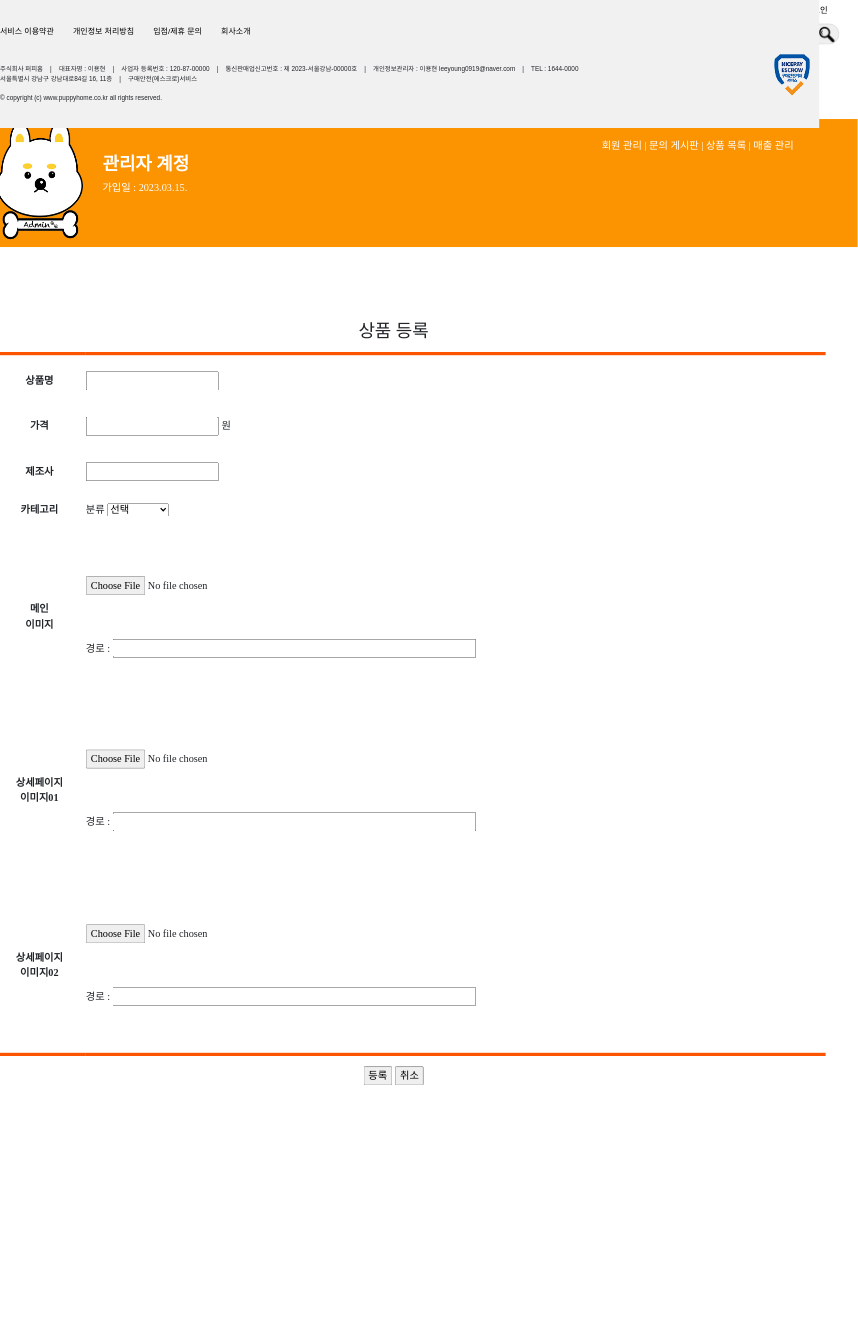
Repository: jiyekim315/puppyhome-shoppingmall
Page: http://localhost/Puppyhome/page/product/productRegister.jsp
An editor plug-in stored every save of this project. The page is shown before and after the next save, followed by the edit.
The browser window is 1280 px wide. The page is 1340 px wide, so the pictures cover 1340 px, including what lies to the right of the window. The pictures show the whole page, at 64% of full size.
Some web fonts or font styles are not loaded; a fallback is used. The page is served by Tomcat 9. Other server files are loaded and not shown.

Above is the page before, as saved 2023-04-20 14:02:43.

### Shopping/Puppyhome/WebContent/page/product/productRegister.jsp
<%@ page contentType="text/html; charset=UTF-8" %>
<!DOCTYPE html>
<html>
<head>
<meta charset="UTF-8">
<link href="https://cdn.jsdelivr.net/npm/bootstrap@5.2.3/dist/css/bootstrap.min.css" rel="stylesheet" integrity="sha384-rbsA2VBKQhggwzxH7pPCaAqO46MgnOM80zW1RWuH61DGLwZJEdK2Kadq2F9CUG65" crossorigin="anonymous"> <%-- CDN 절대링크 --%>
<script src="https://cdn.jsdelivr.net/npm/bootstrap@5.3.0-alpha1/dist/js/bootstrap.bundle.min.js" integrity="sha384-w76AqPfDkMBDXo30jS1Sgez6pr3x5MlQ1ZAGC+nuZB+EYdgRZgiwxhTBTkF7CXvN" crossorigin="anonymous"></script> <%-- CDN 절대링크 --%>
<script src="https://code.jquery.com/jquery-3.6.3.js"></script> <%-- CDN 절대링크 --%>
<script src="http://cdnjs.cloudflare.com/ajax/libs/jquery-easing/1.3/jquery.easing.min.js"></script> <%-- CDN 절대링크 --%>
<title>PuppyHome 상품등록</title>
<link rel="shortcut icon" href="<%=request.getContextPath()%>/images/favicon.ico" type="image/x-icon"> <%-- 파비콘 --%>
<link rel="stylesheet" type="text/css" href="<%=request.getContextPath()%>/page/include/css/header.css"> <%-- header.css --%>
<link rel="stylesheet" type="text/css" href="<%=request.getContextPath()%>/page/include/css/footer.css"> <%-- footer.css --%>
<link rel="stylesheet" type="text/css" href="<%=request.getContextPath()%>/fontium/css/fontium.css"/>
<link rel="stylesheet" type="text/css" href="<%=request.getContextPath()%>/page/product/css/productRegister.css"/>
<style type="text/css">
@charset "UTF-8";
/* admin계정 UI */

/* 관리자 메인이미지  */
.adminMainpage {
	width: 1400px;
	height: 300px;
	position: relative;
	left: 50%;
	transform: translateX(-50%);
}

.profile_img {
	width: 1400px;
	height: 200px;
	padding-left: 50px;
	padding-right: 100px;
	background-color: #fc9300;
}

/*Admin Page 지정*/
.name {
	padding-top: 30px;
	padding-left: 10px;
	padding-right: 1000px;
	font-family: 'KIMM_Bold';
}

.myinfo {
	padding-left: 170px;
	padding-right: 100px;
	font-family: 'KIMM_Bold';
	color: white;
}

.myinfo_date {
	padding-left: 170px;
	padding-right: 100px;
	font-family: 'KIMM_Bold';
	color: white;
}

.meau {
	padding-top: 30px;
	padding-left: 800px;
	font-family: 'KIMM_Bold';
}

.meau a {
	color: white;
	text-decoration: none;
}
/* 상품 등록 리스트 테두리 */
.productTitle {
	width: 1400px;
	height: 180px;
	padding-top: 100px;
	padding-left: 50px;
	padding-right: 100px;
	font-family: 'KIMM_Bold';
}

.productForm {
	font-family: 'KIMM_Bold';
	width: 1300px;
	height: 1100px;
	border: none;
	border-top: 5px solid #FC5400;
	border-bottom: 5px solid #FC5400;
}
.table_div table {
	border-collapse: collapse;
}
.productForm th, td {
	text-align: centen;
	font-family: 'KIMM_Bold';
}
.input {
	font-family: 'KIMM_Bold';
}
#btn {
	border-color: #FC5400;
	background-color: #FC5400;
	color: #fff;
}
</style>

</head>
<body>
	<%-- 전체 영역 --%>
	<div class="wrap">
		<%-- 본문 영역(ui깨질시 본인이 ui 수정바람..) --%>

		<%-- 헤더 영역 --%>
		<header>
			<%-- header include --%>
			<jsp:include page="/page/include/header.jsp"/>
		</header>
		<section>
			<div class="main"> <%-- main 시작 --%>
				<form name="p" method="post" action="product_register_ok.shop">
				<div class="adminMainpage">	<%-- adminMainpage --%>


			<%-- admin 계정 --%>
			<h1 class="name" style="color: #fc9300">Admin Page</h1>
			<div class="profile_img" align="center">
			<%-- 이미지 클릭시 관리자 메인화면으로 이동 --%>
			<a href="adminMain.shop"><img width="150px" height="190px" align="left" alt="adminImage" src="<%=request.getContextPath()%>/images/admin.png"> </a>

				<div class="meau" align="right" style="color: white;">
					 <a href="mlist.shop">회원 관리</a> |
					 <a href="csboard.shop">문의 게시판</a> |
					 <a href="gslist.shop">상품 목록</a> |
					 <a href="aSales.shop">매출 관리</a>
				 </div>

				<h3 class="myinfo" align="left"><b>관리자 계정</b> <br>
				</h3> <div class="myinfo_date" align="left">가입일 : 2023.03.15.</div>	<br>
			</div> <%-- end profile_img : 이미지 div --%>
			</div> <%-- end adminMainpage : 관리자 계정 고정 --%>

				<%-- 상품 등록 form --%>
				<form action="product_register_ok.shop"  method="post" >
				<div class="productTitle">
					<h3 align="center">상품&nbsp;등록</h3><p>

					<%-- 상품 등록 --%>
					<table class="productForm" align="center">

						<tr><th></th></tr>

						<tr>
							<th>상품명</th>
							<td align="left"><input type="text" class="#" name="product_title"></td>
						</tr> <p>

						<tr><th></th></tr>

						<tr>
							<th><b>가격</b></th>
							<td align="left"><input type="text" class="#" name="product_price" width="1000px">&nbsp;원</td>
						</tr>

						<tr><th></th></tr>

						<tr>
							<th>제조사</th>
							<td align="left"><input type="text" class="#" name="product_maker"></td>
						</tr> <p>

						<tr>
							<th>카테고리</th>

							<td align="left"> <label>분류</label>
								<select name="product_type">
									<option value="">선택</option>
									<optgroup label="사료" id="feed" >
										<option value="퍼피">퍼피</option>
										<option value="어덜트">어덜트</option>
										<option value="시니어">시니어</option>
									<optgroup label="간식" id="gansik" value="gansik">
										<option value="껌간식">껌간식</option>
										<option value="일반간식">일반간식</option>
									<optgroup label="영양제" id="medicine" value="medicine">
										<option value="유산균">유산균</option>
										<option value="오메가3">오메가3</option>
								</select>
						</tr> <p>

						<tr><th></th></tr>
						<%-- 이미지는 images에만 있는 이미지는 업로드 하기! --%>
						<tr>
							<th>메인<br>이미지</th>
							<td align="left">
							<input id="image01" type="file" name="file" onchange="fileCheck01();" />
							<div class="select_img01" style="margin: 10px;"> <img src=""> </div>

							<script type="text/javascript">
							$("#image01").change(function() {
								if( this.files && this.files[0]) {
									var reader = new FileReader;
									reader.onload = function(data) {
										$(".select_img01 img").attr("src", data.target.result).width(500);
									}
									reader.readAsDataURL(this.files[0]);
								}
							});
							function fileCheck01() {
								var file = document.getElementById("image01");
								//파일 경로.
								var filePath = file.files[0].name;
								//전체경로를 \ 나눔.
								var filePathSplit = filePath.split('\\');
								console.log(filePath);
								$('#imagesrc01').val(filePath);
							}
							</script> <br>
							경로 : <input id="imagesrc01" type="text" name="product_cont1" size="60"  readonly="readonly">
							</td>
								<tr>
							<th>상세페이지<br>이미지01</th>
							<td align="left">
							<input id="image02" type="file" name="file" onchange="fileCheck02();" />
							<div class="select_img02" style="margin: 10px;"> <img src=""> </div>

							<script type="text/javascript">
							$("#image02").change(function() {
								if( this.files && this.files[0]) {
									var reader = new FileReader;
									reader.onload = function(data) {
										$(".select_img02 img").attr("src", data.target.result).width(500);
									}
									reader.readAsDataURL(this.files[0]);
								}
							});
							function fileCheck02() {
								var file = document.getElementById("image02");
								//파일 경로.
								var filePath = file.files[0].name;
								//전체경로를 \ 나눔.
								var filePathSplit = filePath.split('\\');
								console.log(filePath);
								$('#imagesrc02').val(filePath);
							}
							</script><br>
							경로 : <input id="imagesrc02" type="text" name="product_cont2" size="60" readonly="readonly">
							</td>
						</tr>
						<tr>
							<th>상세페이지<br>이미지02</th>
							<td align="left">
							<input id="image03" type="file" name="file" onchange="fileCheck03();" />
							<div class="select_img03" style="margin: 10px;"> <img src=""> </div>

							<script type="text/javascript">
							$("#image03").change(function() {
								if( this.files && this.files[0]) {
									var reader = new FileReader;
									reader.onload = function(data) {
										$(".select_img03 img").attr("src", data.target.result).width(500);
									}
									reader.readAsDataURL(this.files[0]);
								}
							});
							function fileCheck03() {
								var file = document.getElementById("image03");
								//파일 경로.
								var filePath = file.files[0].name;
								//전체경로를 \ 나눔.
								var filePathSplit = filePath.split('\\');
								console.log(filePath);
								$('#imagesrc03').val(filePath);
							}
							</script> <br>
							경로 : <input id="imagesrc03" type="text" name="product_cont3" size="60" readonly="readonly">
							</td>
						</tr>

					</table> <p><p>

					<input type="submit" value="등록" />
					<input type="reset" value="취소" onclick="location='productList.jsp'" />

				</div> </form><%-- end product--%>

				</div><%-- adminMainpage 끝--%>
			</div> <%-- end main --%>

			<%-- top버튼 삭제 X --%>
			<div id="topBtn">
				<span class="fonti um-arrow-circle-up um-3x icon"></span>TOP
			</div>
		</section>
	<%-- 푸터 영역 --%>
	<footer>
		<!-- footer -->
		<jsp:include page="/page/include/footer.jsp"/>
		<!-- footer 끝 -->
	</footer>
	</div>
	<script type="text/javascript">

		<%-- top버튼 부분 --%>
		// 클릭 이벤트 핸들러
		$("#topBtn").click(function(e) {
			e.stopPropagation();
			$("html, body").animate({
				scrollTop : 0
			}, 'fast', 'easeOutCubic');
		});

		// 스크롤 이벤트 핸들러
		$(window).scroll(function() {
			if ($(window).scrollTop() == 0) {
				$("#topBtn").css("opacity", 0); // TOP 버튼 숨기기
			} else {
				$("#topBtn").css("opacity", 1); // TOP 버튼 나타내기
			}
		});
	</script>
</body>
</html>

### Shopping/Puppyhome/WebContent/page/include/footer.jsp
<%@ page contentType="text/html; charset=UTF-8" %>
<!DOCTYPE html>
<html>
<head>
<meta charset="UTF-8">
<script src="https://code.jquery.com/jquery-3.6.3.js"></script> <%-- CDN 절대링크 --%>
<script src="http://cdnjs.cloudflare.com/ajax/libs/jquery-easing/1.3/jquery.easing.min.js"></script> <%-- CDN 절대링크 --%>
<title>Footer</title>
<link rel="stylesheet" type="text/css" href="./css/footer.css">
<style type="text/css">
/* 폰트 CSS */
@font-face {
   font-family: 'KIMM_Bold';
   src:url('https://cdn.jsdelivr.net/gh/projectnoonnu/noonfonts_2212@1.0/KIMM_Bold.woff2') format('woff2');
   font-weight: 700;
   font-style: normal;
}

/* 메인 컨텐츠 부분 */
#wrap {
   width: 100%;
   height: 100%;
   text-align: center;
}

</style>
</head>
<body>
   <!-- footer -->
   <div id="footerbox">
      <div id="innerbox">
            <div id="categorybox">
                <ul>
                    <li><a href="javascript:void(0);" onclick="openPopup_service();">서비스 이용약관</a></li>
                    <li><a href="javascript:void(0);" onclick="openPopup_privacy();">개인정보 처리방침</a></li>
                    <li><a href="javascript:void(0);" onclick="openPopup_inquiry();">입점/제휴 문의</a></li>
                    <li><a href="javascript:void(0);" onclick="openPopup_company_introduce();">회사소개</a></li>
                </ul>
            </div>
            <div id="infobox">
                <br>주식회사 퍼피홈 &nbsp;&nbsp; | &nbsp;&nbsp; 대표자명 : 이용현 &nbsp;&nbsp; | &nbsp;&nbsp; 사업자 등록번호 : 120-87-00000 &nbsp;&nbsp; | &nbsp;&nbsp; 통신판매업신고번호 : 제 2023-서울강남-00000호 &nbsp;&nbsp; | &nbsp;&nbsp; 개인정보관리자 : 이용현 leeyoung0919@naver.com &nbsp;&nbsp; | &nbsp;&nbsp; TEL : 1644-0000
                <br>서울특별시 강남구 강남대로84길 16, 11층 &nbsp;&nbsp; | &nbsp;&nbsp; 구매안전(에스크로)서비스
                <br><br>© copyright (c) www.puppyhome.co.kr all rights reserved.
            </div>
            <div id="checkbox">
            <input type="image" id="checkIcon" src="<%=request.getContextPath()%>/images/nicepay.png" onclick="openPopup_certificate()" value="" alt="인증 마크 클릭 이동">
            </div>
        </div>
   </div>
   <!-- footer 끝 -->
   <script type="text/javascript">

      <%-- footer 부분 --%>
      // 서비스 이용약관 텍스트 클릭시 새창 열기
      function openPopup_service() {
           var page_width = '580';
           var page_height = '650';

           // 팝업을 가운데 위치시키기 위해 아래와 같이 값 구하기
           var page_left = Math.ceil((window.screen.width - page_width)/2);
           var page_top = Math.ceil((window.screen.height - page_height)/2);

       window.open("service.shop", "service",'width='+ page_width +', height='+ page_height +', left=' + page_left + ', top='+ page_top);

       }

      // 개인정보 처리 텍스트 클릭시 새창 열기
      function openPopup_privacy() {
           var page_width = '580';
           var page_height = '650';

           // 팝업을 가운데 위치시키기 위해 아래와 같이 값 구하기
           var page_left = Math.ceil((window.screen.width - page_width)/2);
           var page_top = Math.ceil((window.screen.height - page_height)/2);

       window.open("privacy.shop", "privacy",'width='+ page_width +', height='+ page_height +', left=' + page_left + ', top='+ page_top);

       }

      // 입점/제휴 문의 텍스트 클릭시 새창 열기
      function openPopup_inquiry() {
           var page_width = '580';
           var page_height = '555';

           // 팝업을 가운데 위치시키기 위해 아래와 같이 값 구하기
           var page_left = Math.ceil((window.screen.width - page_width)/2);
           var page_top = Math.ceil((window.screen.height - page_height)/2);

       window.open("inquiry.shop", "inquiry",'width='+ page_width +', height='+ page_height +', left=' + page_left + ', top='+ page_top);

       }

      // 인증 마크 클릭시 새창 열기
       function openPopup_certificate() {
           var page_width = '510';
           var page_height = '430';

           // 팝업을 가운데 위치시키기 위해 아래와 같이 값 구하기
           var page_left = Math.ceil((window.screen.width - page_width)/2);
           var page_top = Math.ceil((window.screen.height - page_height)/2);

       window.open("certificate.shop", "certificate",'width='+ page_width +', height='+ page_height +', left=' + page_left + ', top='+ page_top);

       }

      // 회사소개 클릭시 새창 열기
       function openPopup_company_introduce() {
           var page_width = '800';
           var page_height = '600';

           // 팝업을 가운데 위치시키기 위해 아래와 같이 값 구하기
           var page_left = Math.ceil((window.screen.width - page_width)/2);
           var page_top = Math.ceil((window.screen.height - page_height)/2);

       window.open("company_introduce.shop", "company_introduce",'width='+ page_width +', height='+ page_height +', left=' + page_left + ', top='+ page_top);

       }
   </script>
</body>
</html>

### Shopping/Puppyhome/WebContent/page/include/css/header.css
@charset "UTF-8";

/* header.jsp UI */
/* 헤더 박스 부분 */
.headerbox{
	width : 100%;
	height : 105px;
       position: fixed;
       left: 50%;
       transform: translateX( -50% );
       border-bottom: 1px solid lightgray;
       background-color: white;
       z-index: 2;
}
/* 로고 이미지 */
#logoImage{
    position: fixed;
    left: 7.7%;
    top: 7%;
    transform: translateX( -50% );
}
/* 헤더 박스 안의 컨텐츠 */
.menubox{
    width: 1500px;
    height: 105px;
    position: fixed;
    left: 52%;
    transform: translateX( -50% );
}
/* 메뉴바 관련 */
.navbarbox{
    width: 650px;
    height: 80px;
    position: fixed;
    left: 36%;
    top: 19%;
    transform: translateX( -50% );
}
.navbarbox a{
    color: black;
    text-decoration: none;
    font-family: 'KIMM_Bold', sans-serif;
    font-size: larger;
    margin : 0px 28px 0px 28px;
}
.navbarbox a:active{
    color: orange;
}
#a2{
	margin-left : 30px;
}
/* 드롭박스 관련 */
#dropbtn{
    background-color: white;
    color: black;
    padding: 16px;
    font-family: 'KIMM_Bold', sans-serif;
    font-size: larger;
    border: none;
    margin-left: 12px;
}
#dropbtn:active{
    color: orange;
}
#dropdownbox{
    position: relative;
    display: inline-block;
}
#dropdown-content {
    display: none;
    position: absolute;
    background-color: #f1f1f1;
    min-width: 170px;
    box-shadow: 0px 8px 16px 0px rgba(0,0,0,0.2);
    z-index: 1;
}
#dropdown-content a {
    color: black;
    padding: 12px 16px;
    text-decoration: none;
    display: block;
}
#dropdownbox:hover #dropdown-content {
    display: block;
}
/* 회원가입, 로그인 관련 */
.memberbox{
    width: 196px;
    height: 95px;
    position: fixed;
    right: 5%;
    top: 5%;
}
.memberbox a{
    color: black;
    text-decoration: none;
    font-family: 'KIMM_Bold', sans-serif;
    font-size :small;
}
.memberbox a:hover{
    color: blue;
}
/* 검색창 관련 */
.searchbox{
    position: fixed;
    right: 4.8%;
    top: 30%;
    transform: translateX( -10% );
}
#search{
    width: 330px;
    height: 32px;
    font-size: 15px;
    font-weight: bold;
    border: 0.5px solid lightgrey;
    border-radius: 15px;
    outline: none;
    padding-left: 10px;
    background-color: rgb(240, 239, 239);
    z-index: 2;
}
#searchBtn{
    width: 32px;
    height: 29px;
    position: fixed;
    right: 0;
    top: 5%;
    transform: translateX(-10%);
    border: none;
    border-radius: 15px;
    padding: 0;
}
/* 위로 가기 버튼 관련 */
#topBtn{
    position: fixed;
    bottom: 45px;
    right: 5px;
    width: 60px;
    height: 47px;
    text-align: center;
    font-size: 15px;
    font-weight: bold;
    color: #787f83;
    transition: all 200ms ease-out;
    display: inline-block;
    z-index: 10;
}
#topBtn .icon{
    width: 100%;
    height: 100%;
    color: #787f83;
    cursor: pointer;
}
/* 클리어 */
   .clear{
	clear : both;
}

### Shopping/Puppyhome/WebContent/page/include/css/footer.css
@charset "UTF-8";

/* footer.jsp UI */
/* 푸터 박스 부분 */
#footerbox {
	width: 100%;
	height: 200px;
    font-size: x-small;
    font-family: 'KIMM_Bold', sans-serif;
    background-color: rgb(241, 241, 241);
}
/* 푸터 박스 안의 틀 */
#innerbox {
    width: 1300px;
    height: 180px;
    margin: auto;
}
/* 푸터 카테고리 관련 */
#categorybox {
    height: 30px;
    float: left;
    margin: 40px 0px 15px 0px;
}
#categorybox ul {
    padding: 0;
}
#categorybox li {
    list-style: none;
    list-style-type: none;
    float: left;
    margin-right: 30px;
}
#categorybox a {
    font-size: 12.5px;
    text-decoration: none;
    color: black;
}
/* 푸터 안내글 부분 */
#infobox {
    width: 1100px;
    height: 65px;
    float: left;
    text-align: left;
}
/* 나이스페이 마크 관련 */
#checkbox {
    width: 65px;
    height: 65px;
    text-align: center;
    float: right;
    margin-right: 30px;
}
input#checkIcon {
    background-image: url(../images/nicepay.png);
    background-color: transparent;
    background-repeat: no-repeat;
    background-position: 0px 0px;
    border: none;
    cursor: pointer;
    width: 55px;
    height: 64px;
}
/* 클리어 */
.clear {
	clear: both;
}

### Shopping/Puppyhome/WebContent/page/product/css/productRegister.css
@charset "UTF-8";

<style type="text/css">
	/* 폰트 CSS */
	@font-face {
		font-family: 'KIMM_Bold';
		src: url('https://cdn.jsdelivr.net/gh/projectnoonnu/noonfonts_2212@1.0/KIMM_Bold.woff2') format('woff2'); /* CDN 절대링크  */
		font-weight: 700;
		font-style: normal;
	}
	/* 되도록 안건드리는 영역 */
	* {
		box-sizing: border-box;
		-webkit-box-sizing: border-box;
		-moz-box-sizing: border-box;
	}
	html {
		height: 100%;
	}
	body {
		margin: 0px;
		height: 100%;
		padding: 0px;
	}
	header {
		width: 100%;
	    position: fixed;
		z-index: 2;
	}
	footer {
		bottom: 0;
		z-index: 5;
		position: relative;
	}
	.wrap {
		margin-top: -110px;
		min-height: 100%;
	    position: relative;
	}
	.main {
		width: 1400px;
		height: 2000px; /* UI 개발할 때 각 페이지에 맡게 해당 영역 px수치 수정해야함 / section이랑 px 맞춰야함 */
		position : relative;
		top: 105px;
		left: 50%;
        transform: translateX( -50% );

	}
	section {
		height: 2000px; /* UI 개발할 때 각 페이지에 맡게 해당 영역 px수치 수정해야함 / .main이랑 px 맞춰야함 */

	}
	/* 클리어 */
	.clear {
		clear: both;
	}
	/* 밑의 영역부터 css시작 */
	.container {
		width: 100%;
	}


	/*본문 css 시작*/

	/* 관리자 프로필 계정 NOTOCH */
	#adminMainpage {
		width: 1100x;
		height: 300px;
		position : relative;
		left: 50%;
        transform: translateX( -50% );
	}
	.profile_img{
		width: 1400px;
		height: 200px;
		padding-left: 50px;
		padding-right: 100px;
	}
	.name{ /*Admin Page 지정*/
		padding-top: 30px;
		padding-left: 10px;
		padding-right: 1000px;
		font-family: 'KIMM_Bold';
	}
	.myinfo {
	  	padding-left: 300px;
	  	padding-right: 100px;
	  	font-family: 'KIMM_Bold';
	 }
	.myinfo_date{
		padding-left: 300px;
	  	padding-right: 100px;
	  	font-family: 'KIMM_Bold';
	}
	.location {
		padding-top: 30px;
		padding-left: 800px;
		font-family: 'KIMM_Bold';
	}
	/* 상품 등록 전체 폼*/
	.productTitle{
		width: 1400px;
		height: 180px;
		padding-top: 100px;
		padding-left: 50px;
		padding-right: 100px;
		font-family: 'KIMM_Bold';
	}
	.productForm{
		font-family: 'KIMM_Bold';
		width: 1300px;
		height: 1100px;
		border:none;
	    border-top: 5px solid #FC5400;
	    border-bottom: 5px solid #FC5400;
	}
	.table_div table {
		border-collapse: collapse;
	}
	.table_div table th, td {
		text-align: centen;
		font-family: 'KIMM_Bold';
		border-bottom: 1px solid black;
	}
	.input{
		font-family: 'KIMM_Bold';
	}
</style>

Loaded but not shown: Shopping/Puppyhome/WebContent/fontium/css/fontium.css (3035 lines, source omitted); Shopping/Puppyhome/WebContent/page/include/header.jsp (368 lines, source omitted)

After the next save:
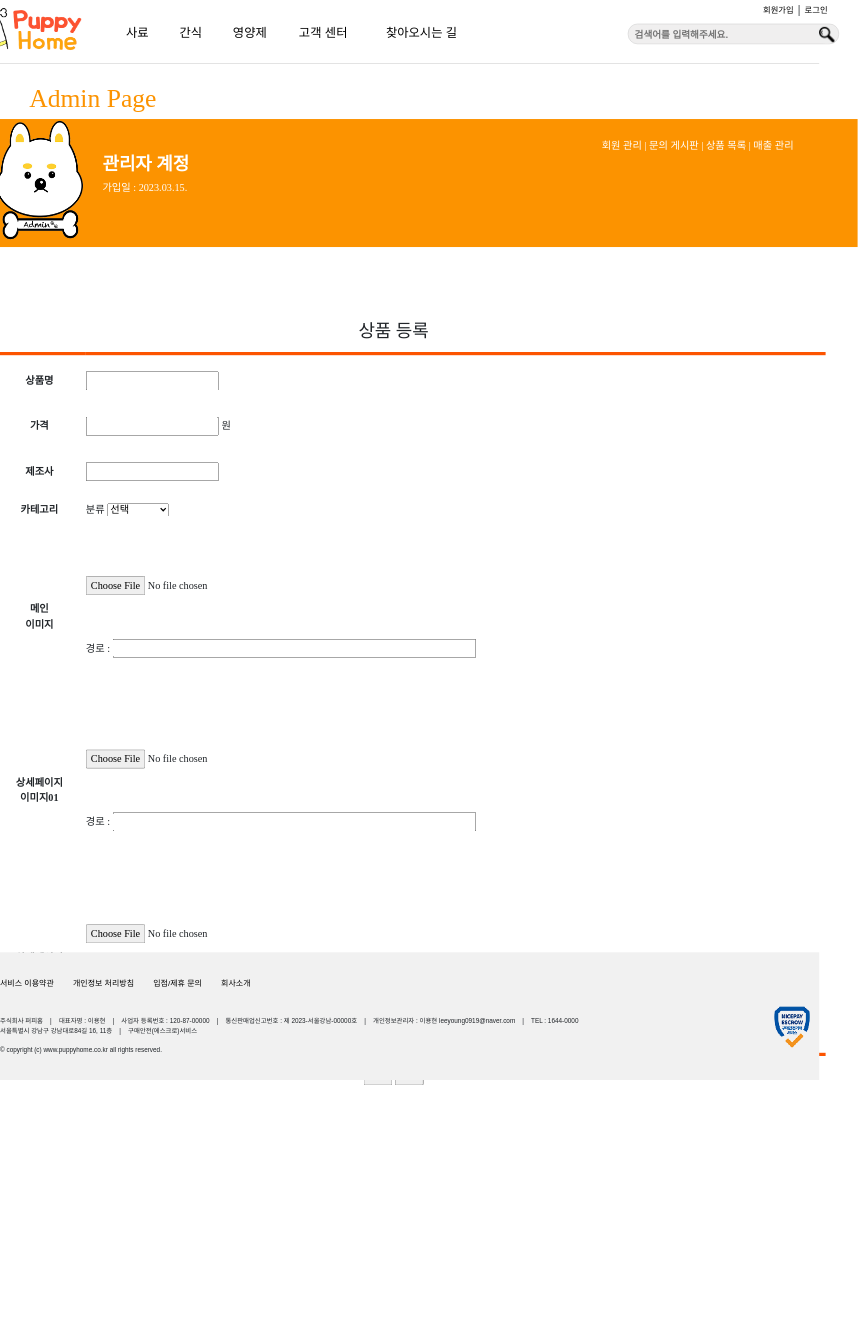
Saved 64 s later.
--- a/Shopping/Puppyhome/WebContent/page/product/productRegister.jsp
+++ b/Shopping/Puppyhome/WebContent/page/product/productRegister.jsp
@@ -291,6 +291,68 @@
 	<%-- 푸터 영역 --%>
 	<footer>
 		<!-- footer -->
+		<br>
+		<br>
+		<br>
+		<br>
+		<br>
+		<br>
+		<br>
+		<br>
+		<br>
+		<br>
+		<br>
+		<br>
+		<br>
+		<br>
+		<br>
+		<br>
+		<br>
+		<br>
+		<br>
+		<br>
+		<br>
+		<br>
+		<br>
+		<br>
+		<br>
+		<br>
+		<br>
+		<br>
+		<br>
+		<br>
+		<br>
+		<br>
+		<br>
+		<br>
+		<br>
+		<br>
+		<br>
+		<br>
+		<br>
+		<br>
+		<br>
+		<br>
+		<br>
+		<br>
+		<br>
+		<br>
+		<br>
+		<br>
+		<br>
+		<br>
+		<br>
+		<br>
+		<br>
+		<br>
+		<br>
+		<br>
+		<br>
+		<br>
+		<br>
+		<br>
+		<br>
+		<br>
 		<jsp:include page="/page/include/footer.jsp"/>
 		<!-- footer 끝 -->
 	</footer>
